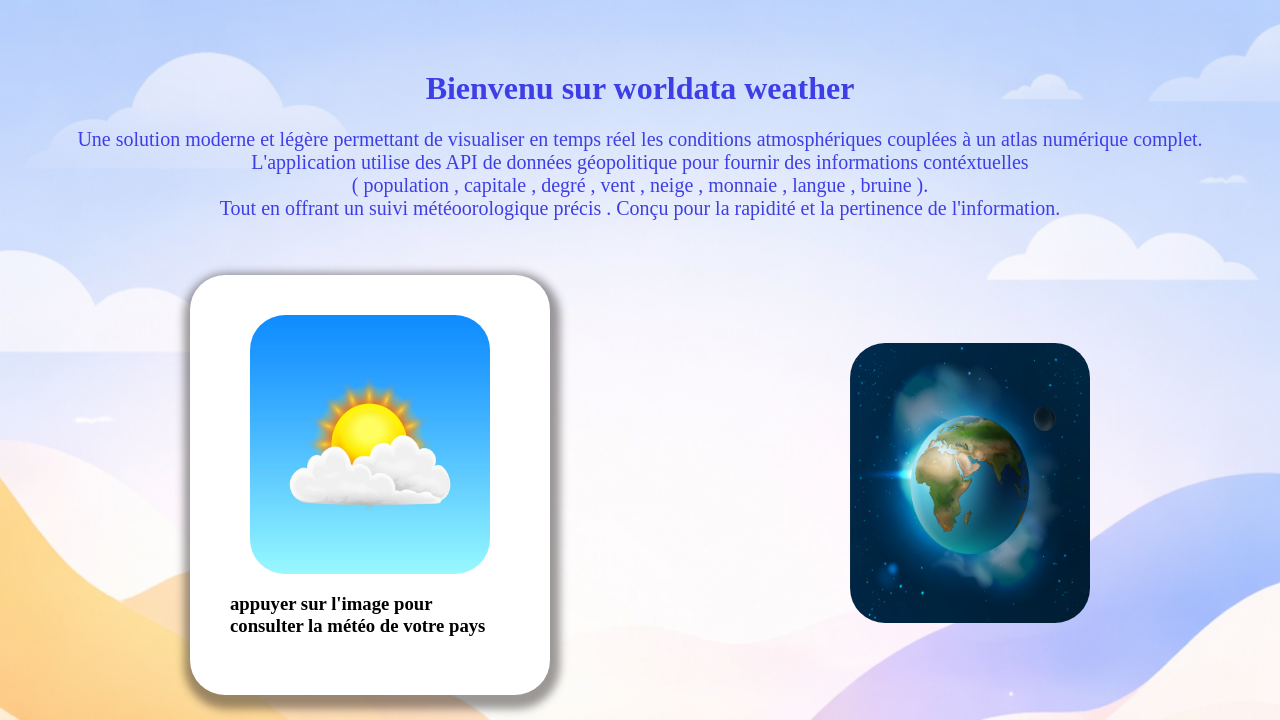
Repository: assanendao171/meteo
Page: index.html
These files come from the project's save history. The page is drawn as it stood at one moment and after the next save; the edit follows.
The browser window is 1280 px wide. The pictures show the whole page.

Above is the page before, as saved 2026-03-18 17:19:17.

After the next save:
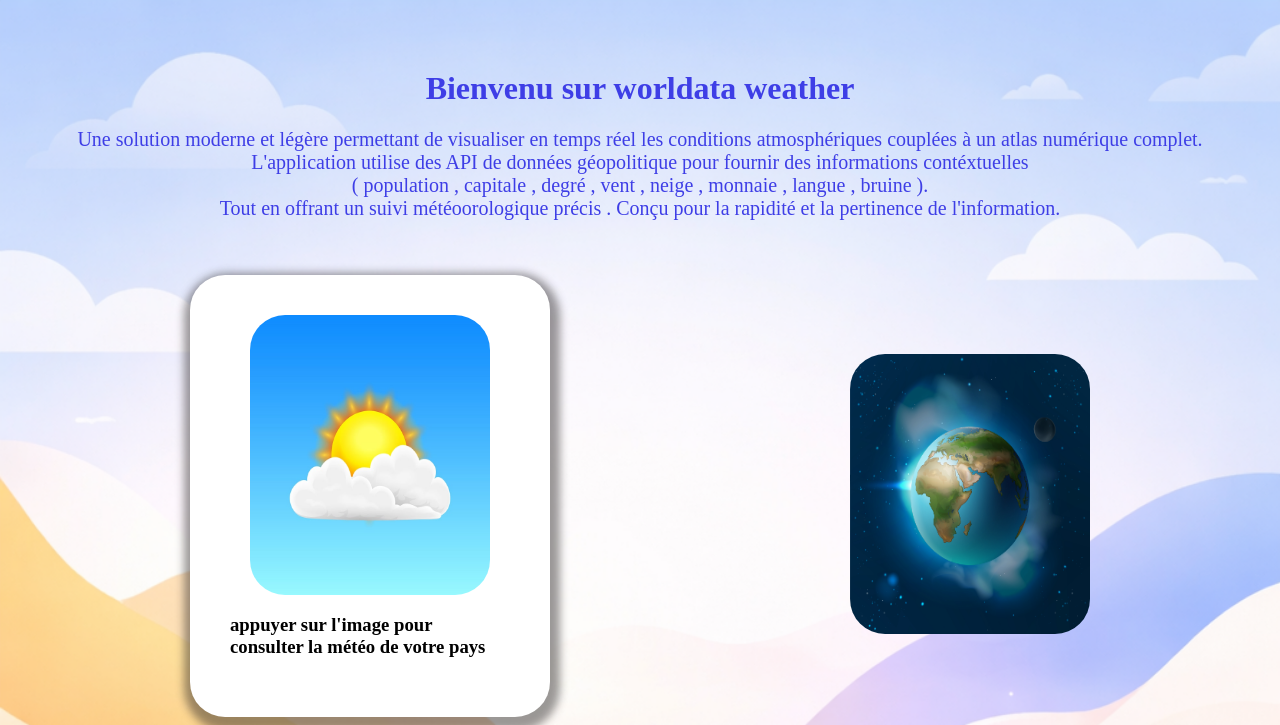
Saved 12 s later.
--- a/style.css
+++ b/style.css
@@ -34,7 +34,7 @@ p{
 }
 #img1{
     width: 280px;
-    height: 340px;
+    height: auto;
     padding:40px;
     background-color: white;
     display: flex;
